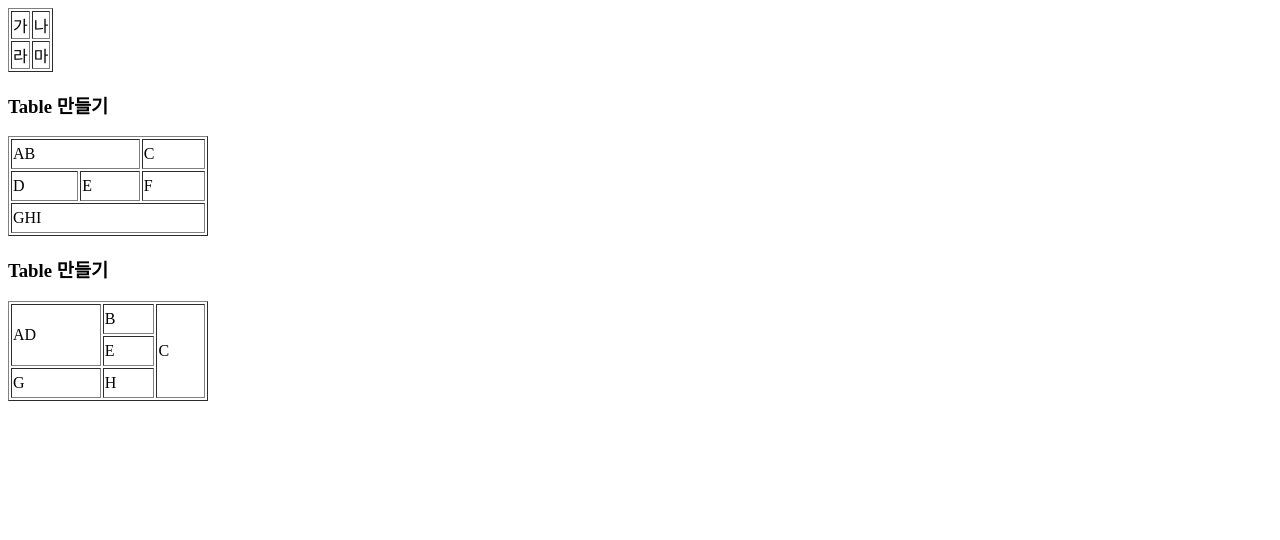
Repository: poomshen/team_03_project2
Page: WebBasic/WebContent/Ex08_Basic.html
These files come from the project's save history. The page is drawn as it stood at one moment and after the next save; the edit follows.
The browser window is 1280 px wide. The pictures show the whole page.

Above is the page before, as saved 2016-08-26 08:19:05.

### WebBasic/WebContent/Ex08_Basic.html
<!DOCTYPE html>
<html>
<head>
<meta charset="UTF-8">
<title>테이블 만들기</title>
</head>
<body>
	<table border="1">
	<tr>
		<td>가</td>
		<td>나</td>
	</tr>
	<tr>
	<td>라</td>
	<td>마</td>
	</tr>
	</table>

	<h3>Table 만들기</h3>
	<table border="1" style="height:  100px ; width: 200px">
	<tr>
		<td colspan="2">AB</td><td>C</td>
	</tr>
	<tr>
		<td>D</td>
		<td>E</td>
		<td>F</td>
	</tr>
	<tr>
	<td colspan="3">GHI</td>
	</tr>
	</table>

	<h3>Table 만들기</h3>
	<table border="1" style="height:  100px ; width: 200px">
	<tr>
		<td rowspan="2">AD</td><td>B</td><td rowspan="3">C</td>
	</tr>
	<tr>
		<td>E</td>
	</tr>
	<tr>
	<td >G</td><td>H</td>
	</tr>
	</table>

</body>
</html>

After the next save:
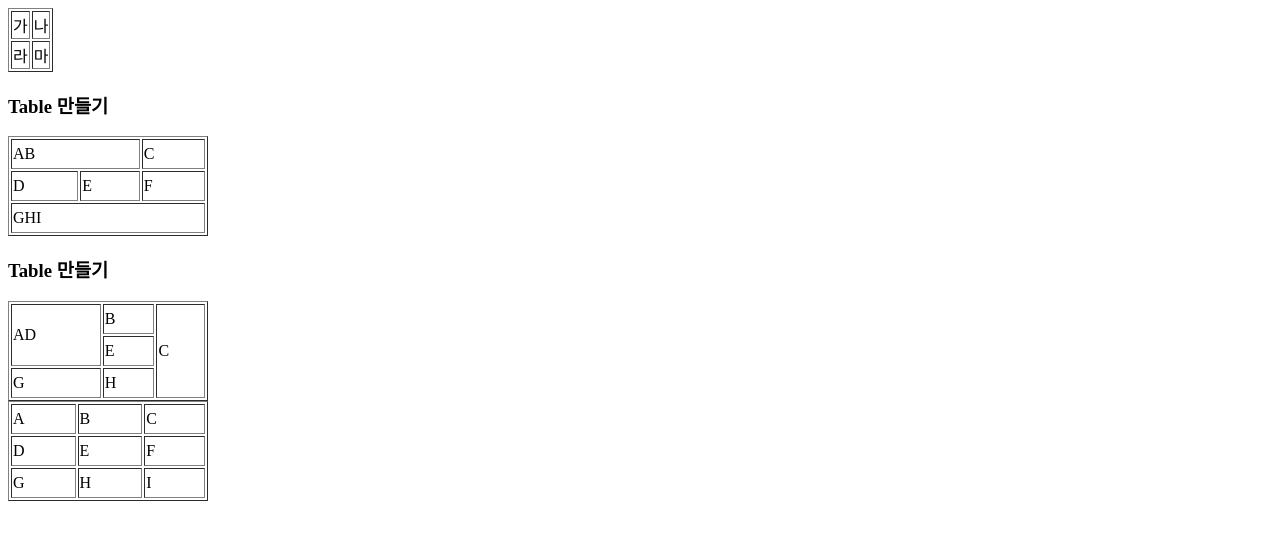
Saved 2 min 15 s later.
--- a/WebBasic/WebContent/Ex08_Basic.html
+++ b/WebBasic/WebContent/Ex08_Basic.html
@@ -44,5 +44,23 @@
 	</tr>
 	</table>
 
+
+	<table border="1" style="height:  100px ; width: 200px">
+	<tr>
+		<td>A</td>
+		<td>B</td>
+		<td>C</td>
+	</tr>
+	<tr>
+	<td>D</td>
+	<td>E</td>
+	<td>F</td>
+	</tr>
+	<tr>
+	<td>G</td>
+	<td>H</td>
+	<td>I</td>
+	</tr>
+	</table>
 </body>
 </html>
